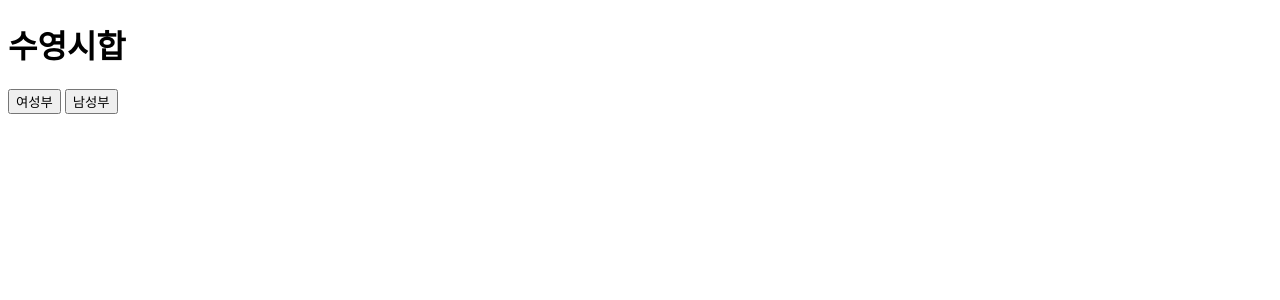
Repository: jeongho97/JQuery
Page: JQuery기본2/WebContent/JQuery_table데이터추가.html
An editor plug-in stored every save of this project. The page is shown before and after the next save, followed by the edit.
The browser window is 1280 px wide. The pictures show the whole page.

Above is the page before, as saved 2022-05-13 02:32:50.

After the next save:
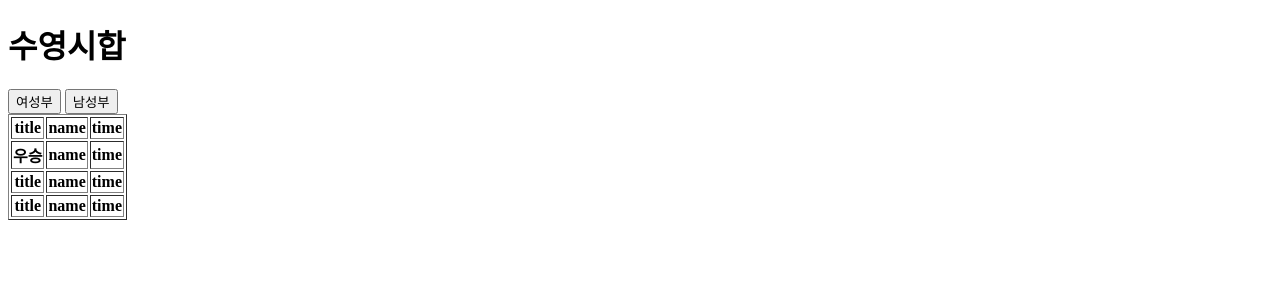
Saved 2 min 44 s later.
--- a/JQuery기본2/WebContent/JQuery_table데이터추가.html
+++ b/JQuery기본2/WebContent/JQuery_table데이터추가.html
@@ -12,6 +12,35 @@
 <button type="button" id="woman">여성부</button>
 <button type="button" id="man">남성부</button>
 
+<table border="1">
+<tr>
+	<th>title</th>
+	<th>name</th>
+	<th>time</th>
+</tr>
+<tr>
+	<th>우승</th>
+	<th>name</th>
+	<th>time</th>
+</tr>
+<tr>
+	<th>title</th>
+	<th>name</th>
+	<th>time</th>
+</tr>
+<tr>
+	<th>title</th>
+	<th>name</th>
+	<th>time</th>
+</tr>
+
+
+</table>
+
+<script type="text/javascript">
+
+
+</script>
 
 </body>
 </html>
